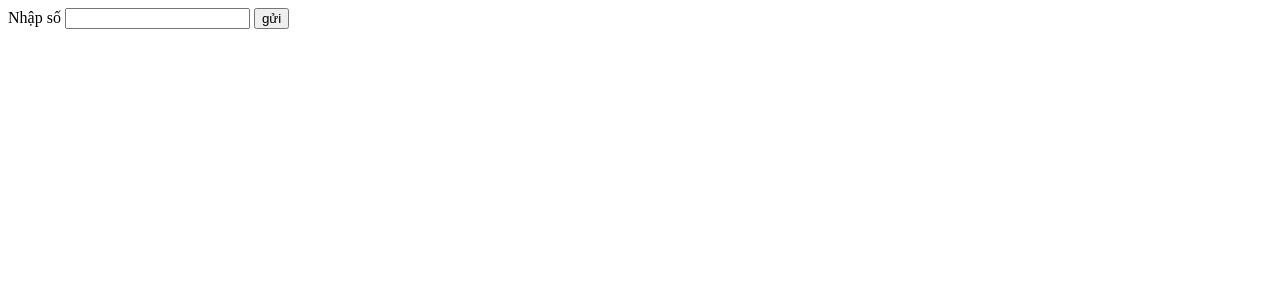
Repository: NguyenNhuDuyHung/mixivivu
Page: http://localhost/web-btl/test.php
These files come from the project's save history. The page is drawn as it stood at one moment and after the next save; the edit follows.
The browser window is 1280 px wide. The pictures show the whole page.
The page is run by PHP 8.4 with error messages shown; the project is at /var/www/html/.

Above is the page before, as saved 2024-12-05 21:58:34.

### test.php
<!DOCTYPE html>
<html lang="en">
<head>
    <meta charset="UTF-8">
    <meta name="viewport" content="width=device-width, initial-scale=1.0">
    <title>Document</title>
</head>
<body>
    <form action="" method="post">
        <label for="number">Nhập số</label>
        <input type="text">
        <button type="submit">gửi</button>
    </form>

    <?php
    if($_SERVER['REQUEST_METHOD'] == 'POST') {
        $number = $_POST['number'];
        echo $number;
    }
    ?>
</body>
</html>

After the next save:
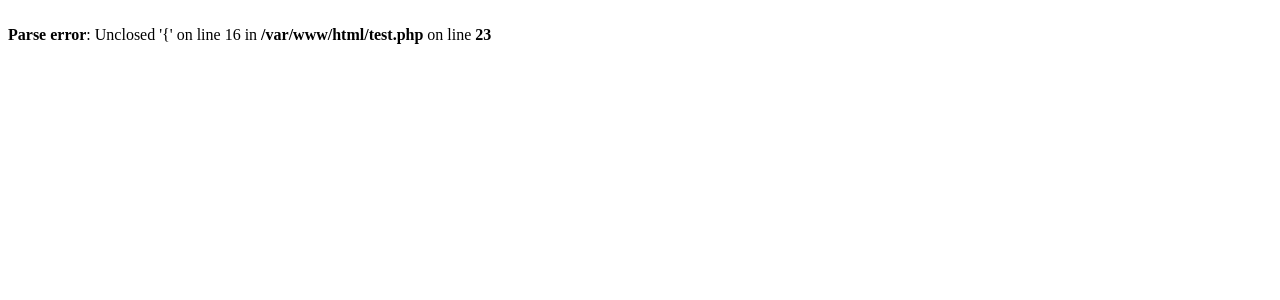
Saved 12 s later.
--- a/test.php
+++ b/test.php
@@ -15,7 +15,8 @@
     <?php
     if($_SERVER['REQUEST_METHOD'] == 'POST') {
         $number = $_POST['number'];
-        echo $number;
+
+        if($number == '') {
     }
     ?>
 </body>
